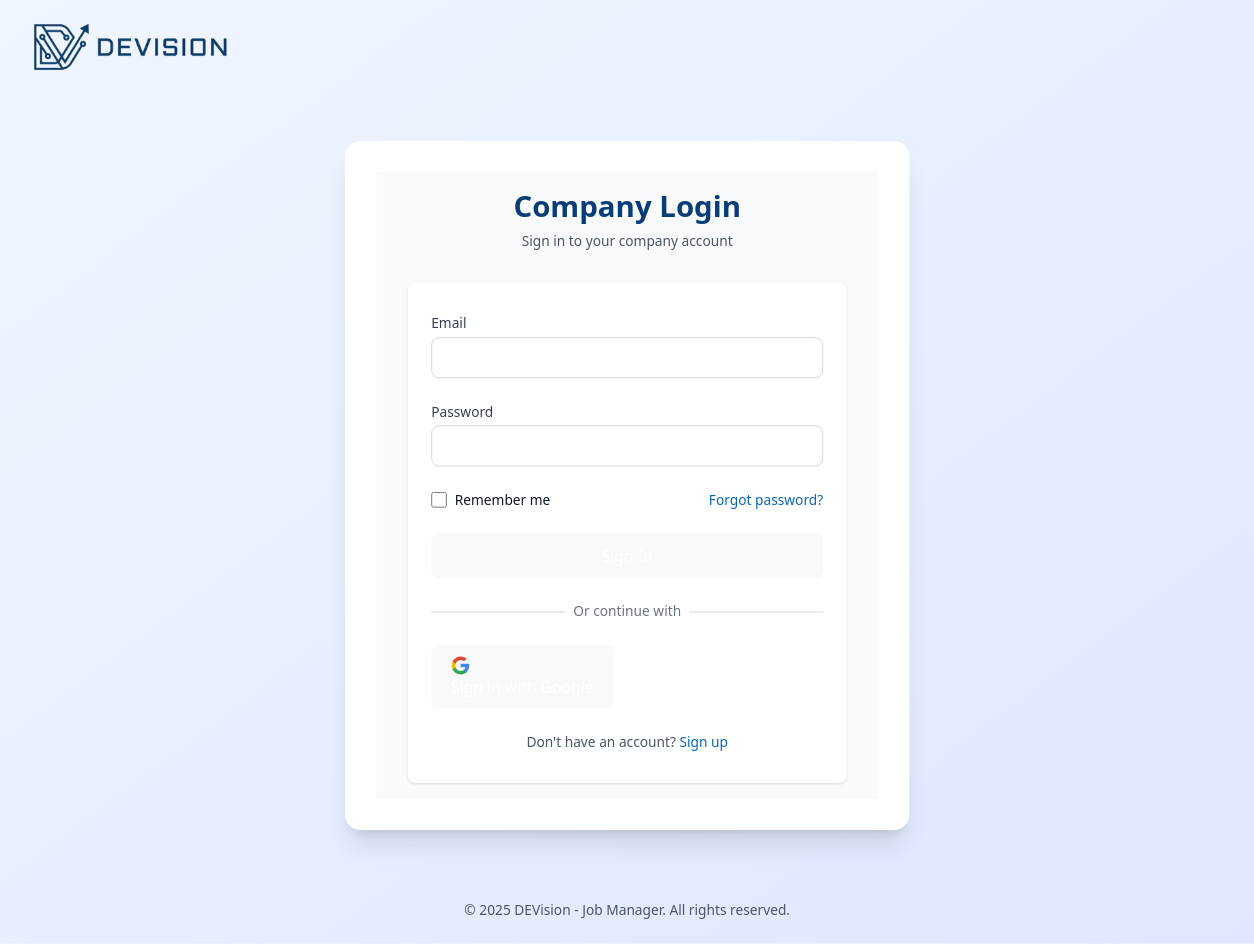
Repository: ISYS3461-2025C-Mulan-DEVision/JobManager_FE
Page: /login
The author's editor kept a copy of each file at every save. The page is drawn from the files as they stood at one save, then again after the next save.
The browser window is 1280 px wide. The pictures show the whole page, at 98% of full size.
The project was rebuilt for these pictures with package versions that can differ from the ones it lists, and the page was loaded fresh each time. Also part of the build but not shown: vite.config.js, src/pages/Home.tsx, src/components/headless/Table/Table.tsx, src/components/headless/Modal/Modal.tsx, src/components/ui/Card/Card.tsx, src/components/ui/Spinner/Spinner.tsx, src/components/ui/Alert/Alert.tsx, src/components/feature/Authentication/CompanySignup/CompanySignupForm.tsx and 4 more.

Above is the page before, as saved 2025-12-12 14:55:43.

After the next save:
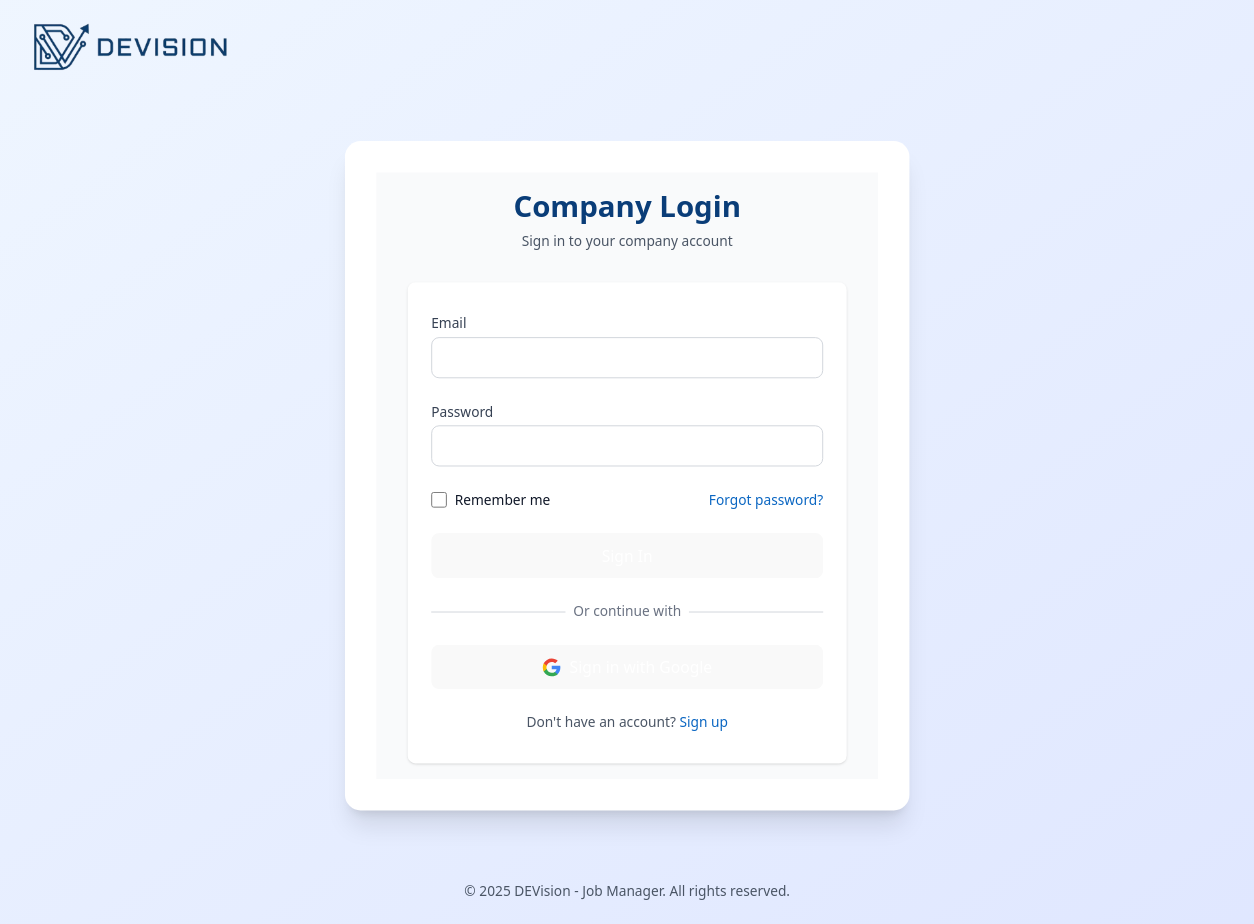
Saved 29 s later.
--- a/src/components/feature/Authentication/CompanyLogin/CompanyLoginForm.tsx
+++ b/src/components/feature/Authentication/CompanyLogin/CompanyLoginForm.tsx
@@ -130,7 +130,7 @@
                                 // TODO: Implement Google OAuth flow
                                 window.location.href = `${import.meta.env.VITE_API_URL || ''}/auth/google`;
                             }}
-                        // className="w-full inline-flex justify-center items-center px-4 py-2 border border-gray-300 shadow-sm text-sm font-medium rounded-md text-gray-700 bg-white hover:bg-gray-50 focus:outline-none focus:ring-2 focus:ring-offset-2 focus:ring-blue-500 transition-colors"
+                            className="w-full inline-flex justify-center items-center px-4 py-2 \"
                         >
                             <GoogleLogo className="mr-2" />
                             Sign in with Google
